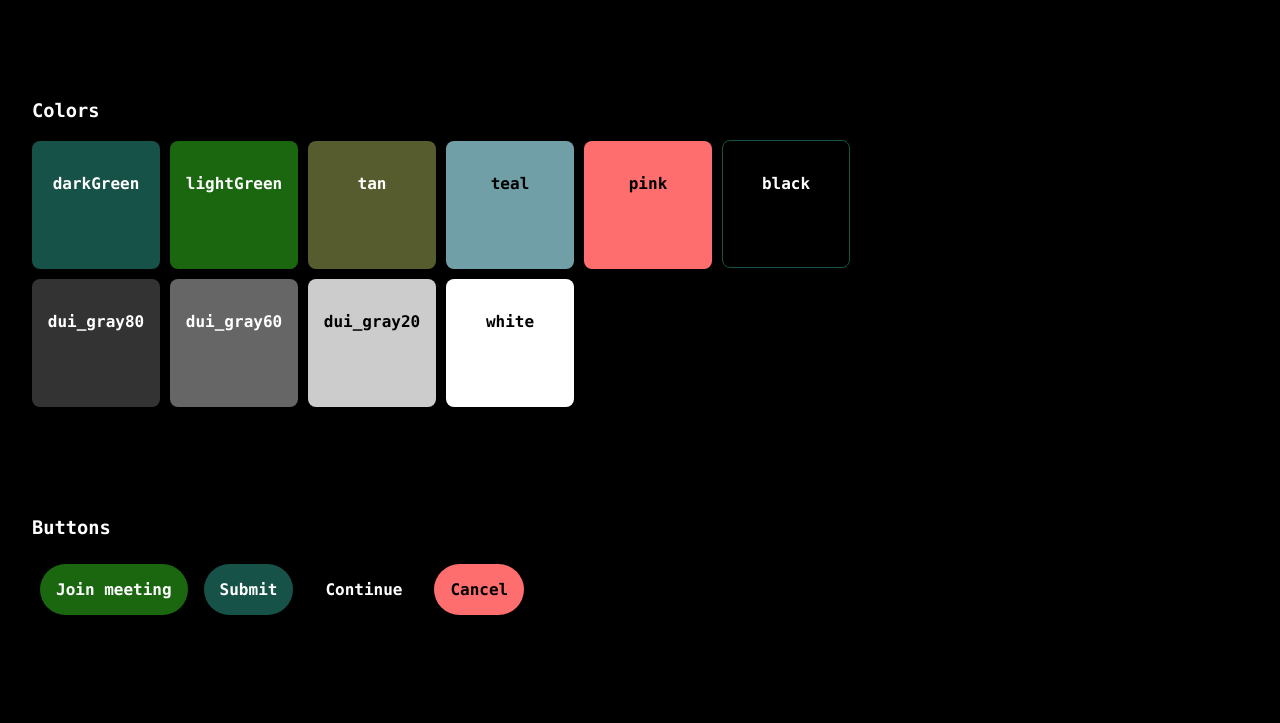
Repository: kttalley/designing-with-data_react-class
Page: / (app in lesson6_design-system-component-extension/)
These files come from the project's save history. The page is drawn as it stood at one moment and after the next save; the edit follows.
The browser window is 1280 px wide. The pictures show the whole page.
The project was rebuilt for these pictures with package versions that can differ from the ones it lists, and the page was loaded fresh each time. Imported but missing from the stored project, and not drawn on this page: lesson6_design-system-component-extension/src/Rhubarb/Input.

Above is the page before, as saved 2023-08-30 15:09:48.

### lesson6_design-system-component-extension/src/App.js
import React, { Component } from 'react';
import { DocsSection, DocsColorBox, DocsModalContainer, DocsCodeBlock } from './Docs';
import {
  GlobalStyle,
  Btn
} from './Rhubarb';

class App extends Component {
  render() {
    return (
      <div>
        <GlobalStyle />
        <DocsSection>
          <h3>Colors</h3>
          <DocsColorBox color="darkGreen">darkGreen</DocsColorBox>
          <DocsColorBox color="lightGreen">lightGreen</DocsColorBox>
          <DocsColorBox color="tan">tan</DocsColorBox>
          <DocsColorBox color="teal">teal</DocsColorBox>
          <DocsColorBox color="pink">pink</DocsColorBox>
          <DocsColorBox color="black">black</DocsColorBox>
          <DocsColorBox color="dui_gray80">dui_gray80</DocsColorBox>
          <DocsColorBox color="dui_gray60">dui_gray60</DocsColorBox>
          <DocsColorBox color="dui_gray20">dui_gray20</DocsColorBox>
          <DocsColorBox color="white">white</DocsColorBox>
        </DocsSection>

        <DocsSection>
          <h3>Buttons</h3>
          <Btn color="lightGreen">Join meeting</Btn>
          <Btn color="darkGreen">Submit</Btn>
          <Btn color="black">Continue</Btn>
          <Btn color="pink">Cancel</Btn>

        </DocsSection>
      </div>
    );
  }
}

export default App;

### lesson6_design-system-component-extension/src/Docs/index.js
import styled from 'styled-components';
import {color, space, isDarkBackground, fontSize} from '../Rhubarb';

export const DocsColorBox = styled.div`
background-color: ${ props => color[props.color] ? color[props.color] : color.black };
  color: ${props => isDarkBackground(props.color) ? color.black : color.white};
  height: ${space[6] + 'px'};
  width: ${space[6] + 'px'};
  padding-top: 33px;
  text-align: center;
  font-weight: bold;
  display: inline-block;
  margin-right: 10px;
  margin-bottom: 10px;
  border-radius: 8px;
  border: ${props => props.color === "black" ? '1px solid' + color.darkGreen : 'none'}
`;

export const DocsSection = styled.section`
  margin: 100px 32px;
  max-width: 832px;
`;

export const DocsModalContainer = styled.section`
  position: relative;
  height: 300px;
  border-radius: 3px;
  background: ${color.dui_gray80}
`;

export const DocsCodeBlock = styled.code`
  border: 1px solid ${color.dui_gray80};
  color: ${color.dui_gray60}
  border-radius: 8px;
  display: block;
  font-family: consolas, monospace;
  line-height: 1.3;
  padding: ${space[1] + 'px'};
  white-space: pre-line;
  font-size: ${fontSize[1]};
  margin-top: ${space[3] + 'px'};
  transition: 0.15s color ease;

  &::selection {
    color: ${color.black};
    background-color: ${color.pink};
  }

  &:hover {
    color: ${color.white};
  }


`;

### lesson6_design-system-component-extension/src/Rhubarb/index.js
//this file indexes all Rhubarb components for export

import { createGlobalStyle } from "styled-components";

export const GlobalStyle = createGlobalStyle`
  * {
    box-sizing: border-box;
  }

  body {
    margin: 0;
    padding: 0;
    font-family: menlo, sans-serif;
    background-color: black;
    color: white;
  }
`;


export * from './Button';
export * from './Input';
export * from './Utils';

### lesson6_design-system-component-extension/src/Rhubarb/Button.js
import { color, space, isDarkBackground} from './Utils';
import styled from 'styled-components';
export const Btn = styled.button`
  background-color: ${ props => color[props.color] ? color[props.color] : color.black };
  color: ${props => isDarkBackground(props.color) ? color.black : color.white};
  border-radius: ${space[6] + 'px'};
  padding: ${space[3] + 'px'};
  margin: ${space[2] + 'px'};
  font-family: menlo;
  font-weight: bold;
  font-size: ${space[3] + 'px'};
  border: none;

  &:hover {
    filter: brightness(1.2);
  }

`;

### lesson6_design-system-component-extension/src/Rhubarb/Utils.js
export const color = {

  //core colors
  darkGreen: '#165247',
  tan: '#565C2D',
  lightGreen: '#1A6710',
  teal: '#719FA7',
  pink: '#FF6E6E',

  //grayscale - needs lui
  black: '#000000',
  dui_gray80: '#FFFFFF33',
  dui_gray60: '#FFFFFF66',
  dui_gray40: '##FFFFFF44',
  dui_gray20: '#FFFFFFCC',
  white: '#FFFFFF',
  // solid grays, no opacity,
  //for sake of utility function below
  gray1: '#606060',
  gray2: '#313131',
  gray3: '#181818'

}

export const space = [
  0,
  2,
  8,
  16,
  32,
  64,
  128,
  256,
  512
];

export const fontSize = [
  '14px',
  '16px',
  '20px',
  '24px',
  '32px',
  '64px'
];


export const isDarkBackground = function(color) {
  if (color) {
    if (color.includes('dui_gray20') || color.includes('teal') || color.includes('pink') || color.includes('white')) {
      return true;
    } else {
      return false;
    }
  }
}

Loaded but not shown: lesson6_design-system-component-extension/public/index.html (common file); lesson6_design-system-component-extension/src/index.js (common file); lesson6_design-system-component-extension/src/index.css (common file); lesson6_design-system-component-extension/src/reportWebVitals.js (common file)

After the next save:
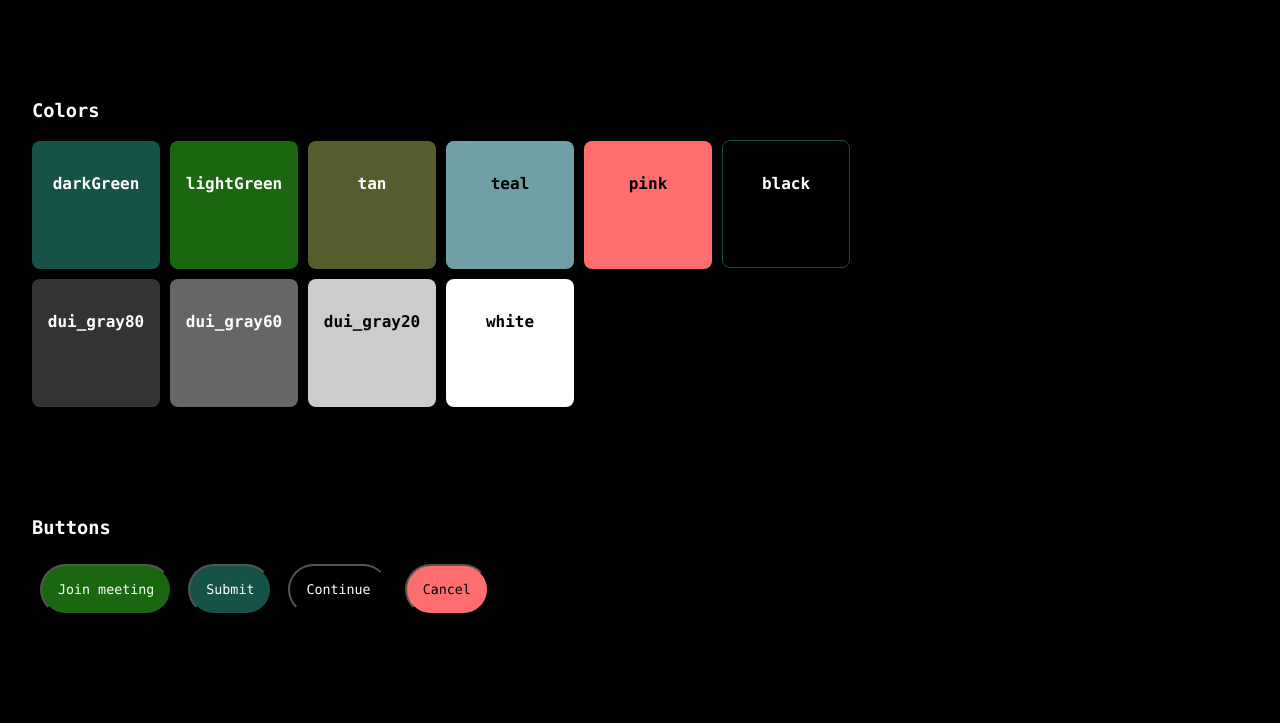
Saved 16 s later.
--- a/lesson6_design-system-component-extension/src/Rhubarb/Button.js
+++ b/lesson6_design-system-component-extension/src/Rhubarb/Button.js
@@ -7,9 +7,9 @@ export const Btn = styled.button`
   padding: ${space[3] + 'px'};
   margin: ${space[2] + 'px'};
   font-family: menlo;
-  font-weight: bold;
+  font-weight:
   font-size: ${space[3] + 'px'};
-  border: none;
+  border: ${props => props.color === "black"  ? '2px solid' + color.pink : 'none'}
 
   &:hover {
     filter: brightness(1.2);
